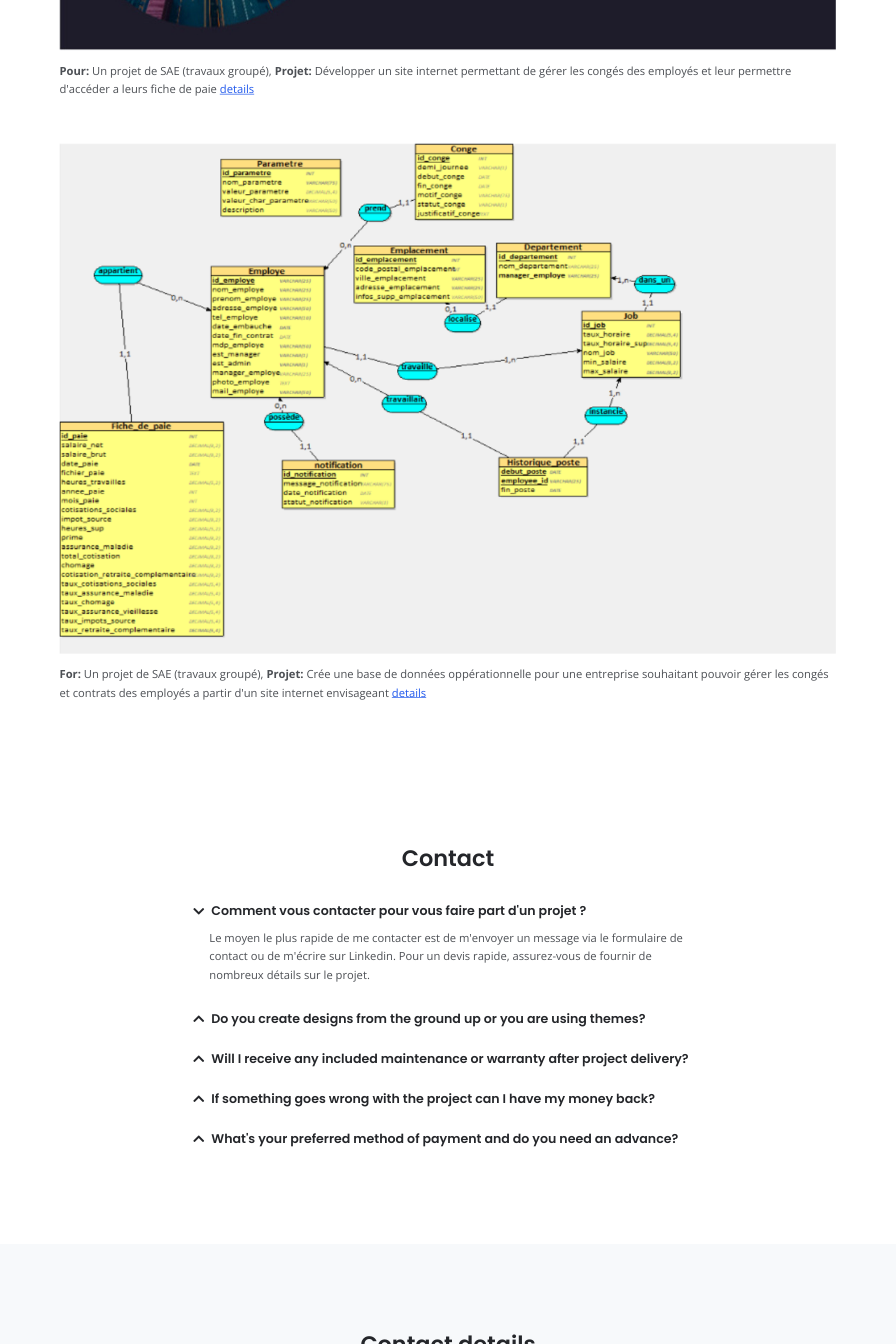
Repository: J2S80000/Portfolio
Page: index.html
An editor plug-in stored every save of this project. The page is shown before and after the next save, followed by the edit.
The browser window is 1280 px wide. The pictures show the part of the page from y = 4580 to 6500 px (the page is 7529 px tall), at 70% of full size.

Above is the page before, as saved 2025-05-05 17:44:06.

After the next save:
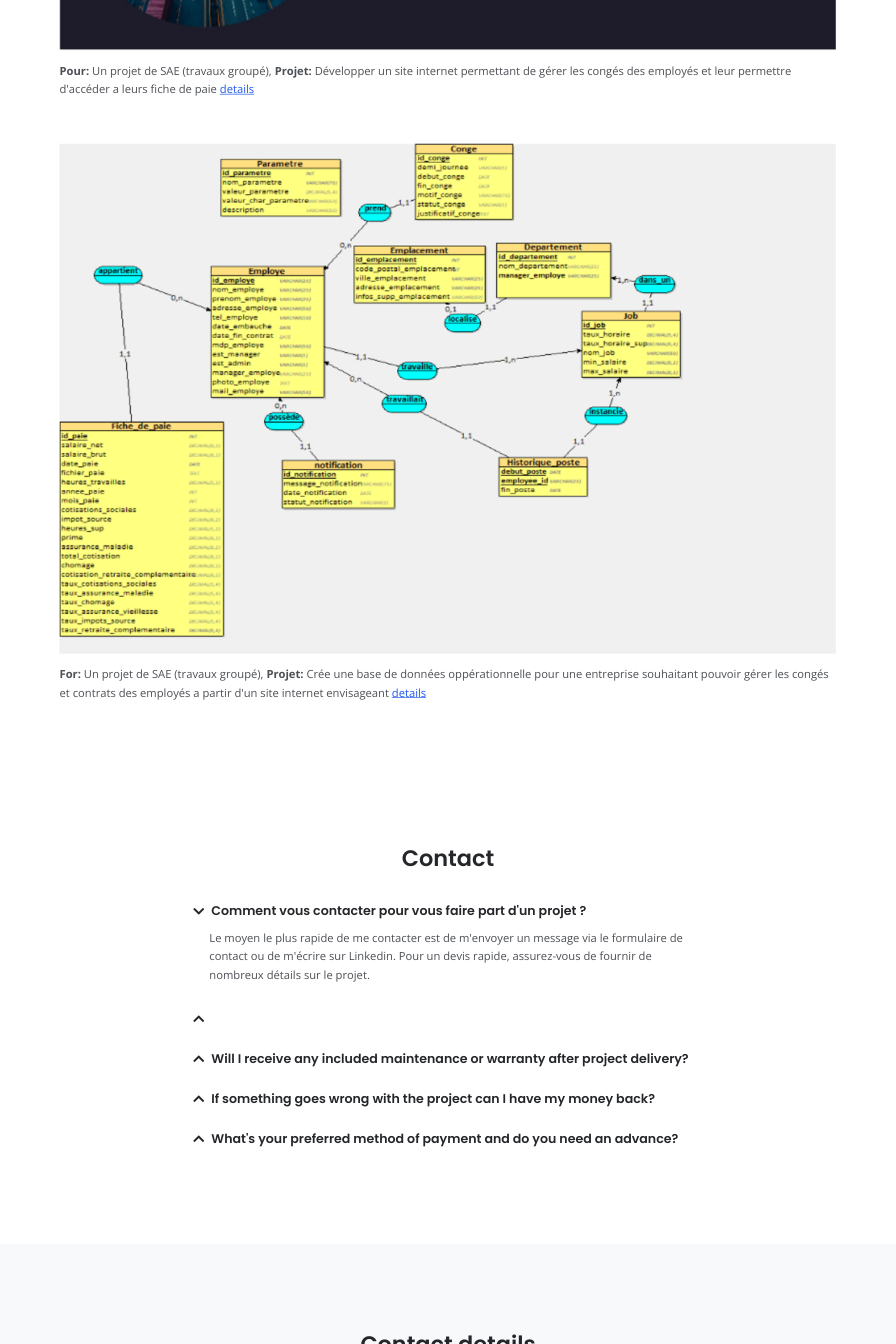
Saved 8 s later.
--- a/index.html
+++ b/index.html
@@ -293,7 +293,7 @@
                         <div class="card">
                             <div class="card-header" id="headingTwo">
                                 <button class="btn btn-link btn-block text-left collapsed" type="button" data-toggle="collapse" data-target="#collapseTwo" aria-expanded="false" aria-controls="collapseTwo">
-                                    Do you create designs from the ground up or you are using themes?
+
                                 </button>
                             </div>
                             <div id="collapseTwo" class="collapse" aria-labelledby="headingTwo" data-parent="#accordionExample">
